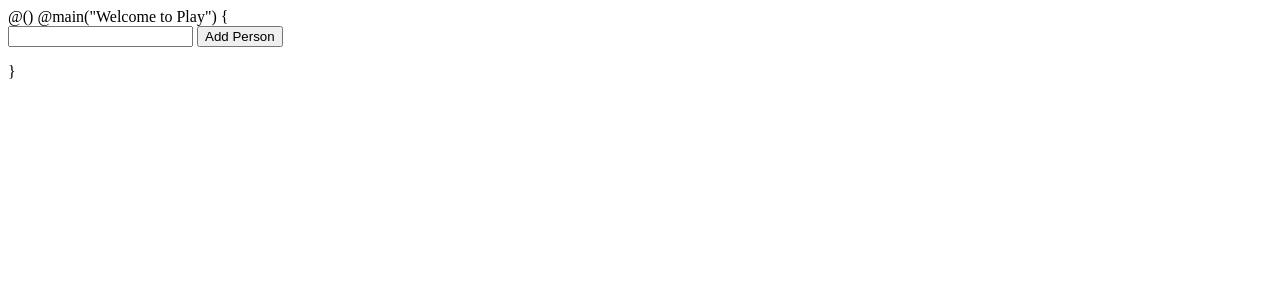
Repository: isopin/simple-form
Page: play-java-intro/app/views/index.scala.html
The author's editor kept a copy of each file at every save. The page is drawn from the files as they stood at one save, then again after the next save.
The browser window is 1280 px wide. The pictures show the whole page.

Above is the page before, as saved 2016-03-11 04:29:57.

### play-java-intro/app/views/index.scala.html
@()

@main("Welcome to Play") {


    <form  action="@routes.Application.addPerson()" method="POST">
        <input type="text" name="name"/>
        <button>Add Person</button>
    </form>
}

After the next save:
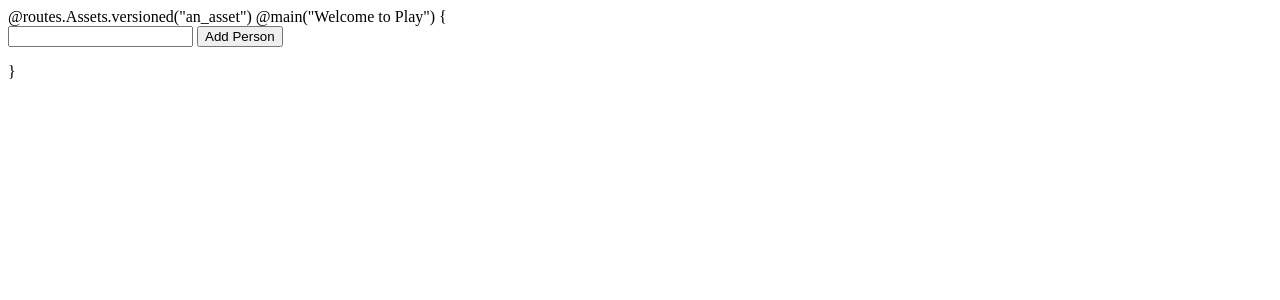
Saved 2 h 1 min later.
--- a/play-java-intro/app/views/index.scala.html
+++ b/play-java-intro/app/views/index.scala.html
@@ -1,4 +1,4 @@
-@()
+@routes.Assets.versioned("an_asset")
 
 @main("Welcome to Play") {
 
